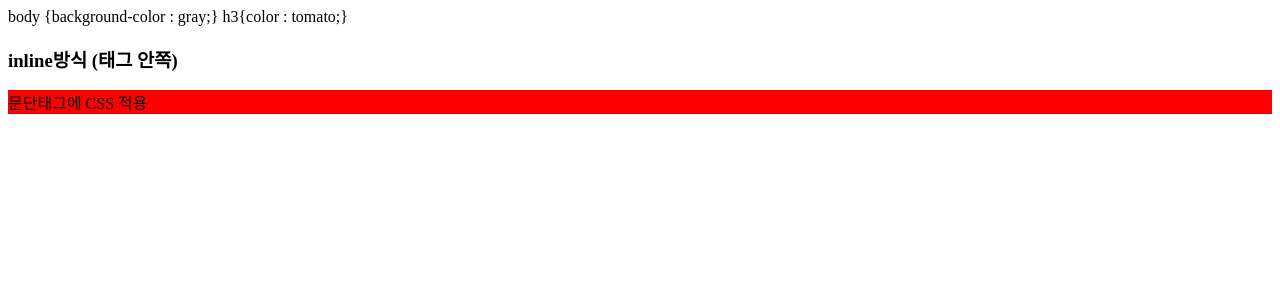
Repository: start-ha/MSA_EDU
Page: WEB/WebFront/WebLabs/Web/src/main/webapp/Ex03_Basic_Css.html
The author's editor kept a copy of each file at every save. The page is drawn from the files as they stood at one save, then again after the next save.
The browser window is 1280 px wide. The pictures show the whole page.

Above is the page before, as saved 2025-09-16 05:51:27.

After the next save:
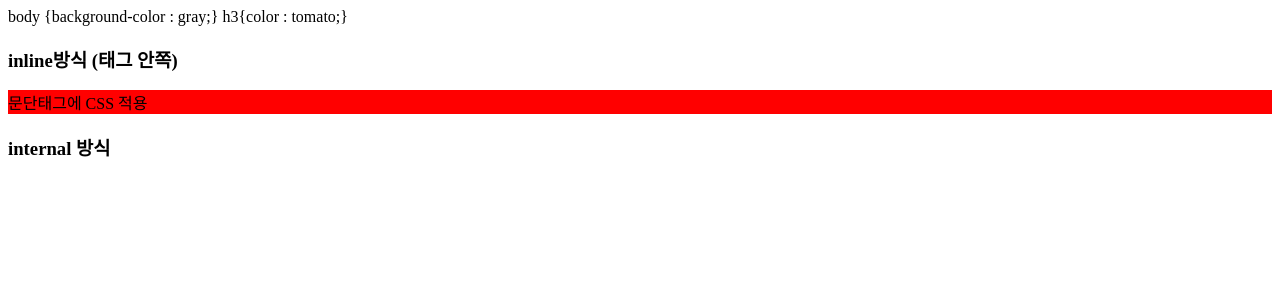
Saved 14 s later.
--- a/WEB/WebFront/WebLabs/Web/src/main/webapp/Ex03_Basic_Css.html
+++ b/WEB/WebFront/WebLabs/Web/src/main/webapp/Ex03_Basic_Css.html
@@ -23,7 +23,7 @@ External > 외부에 별도의 css 만듬 > common.css, hader.css
 	<h3>inline방식 (태그 안쪽)</h3>
 	<p style = "background-color: red;">문단태그에 CSS 적용</p>
 
-	<h3></h3>
+	<h3>internal 방식</h3>
 
 </body>
 </html>
